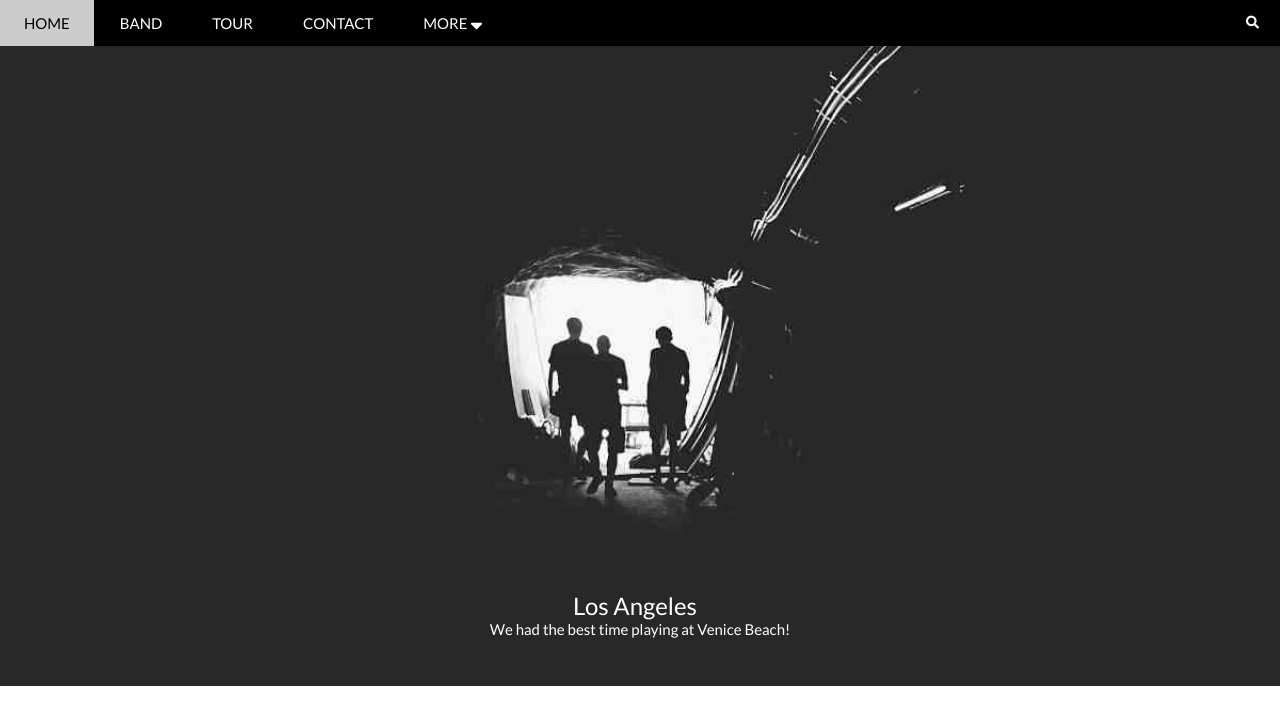
Repository: nguyenthaicong265/w3-band
Page: index.html
An editor plug-in stored every save of this project. The page is shown before and after the next save, followed by the edit.
The browser window is 1280 px wide. The pictures show the whole page.

Above is the page before, as saved 2021-12-28 16:23:27.

After the next save:
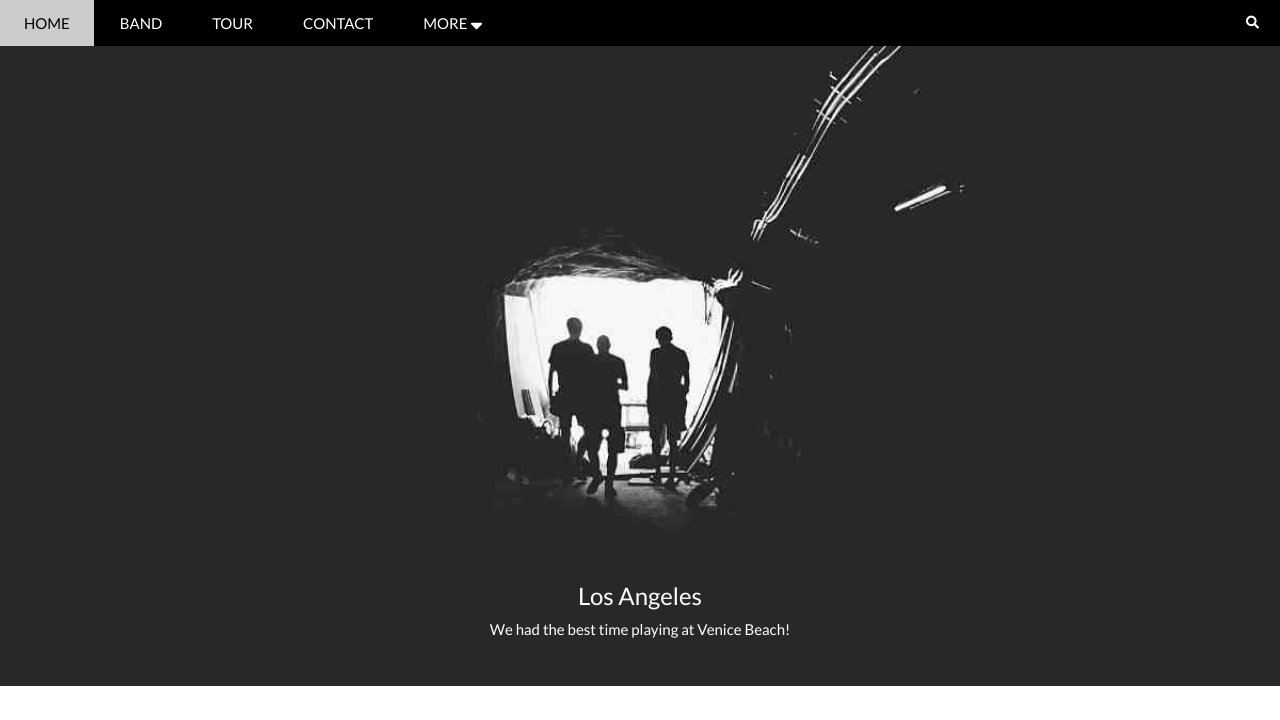
Saved 79 s later.
--- a/assets/css/styles.css
+++ b/assets/css/styles.css
@@ -114,7 +114,7 @@ html {
 #slider .text-head {
     font-weight: 100;
     font-size: 24px;
-    margin: 10px 10px 0 0;
+    margin-bottom: 10px;
 }
 #slider .text-description {
     font-size: 15px;
